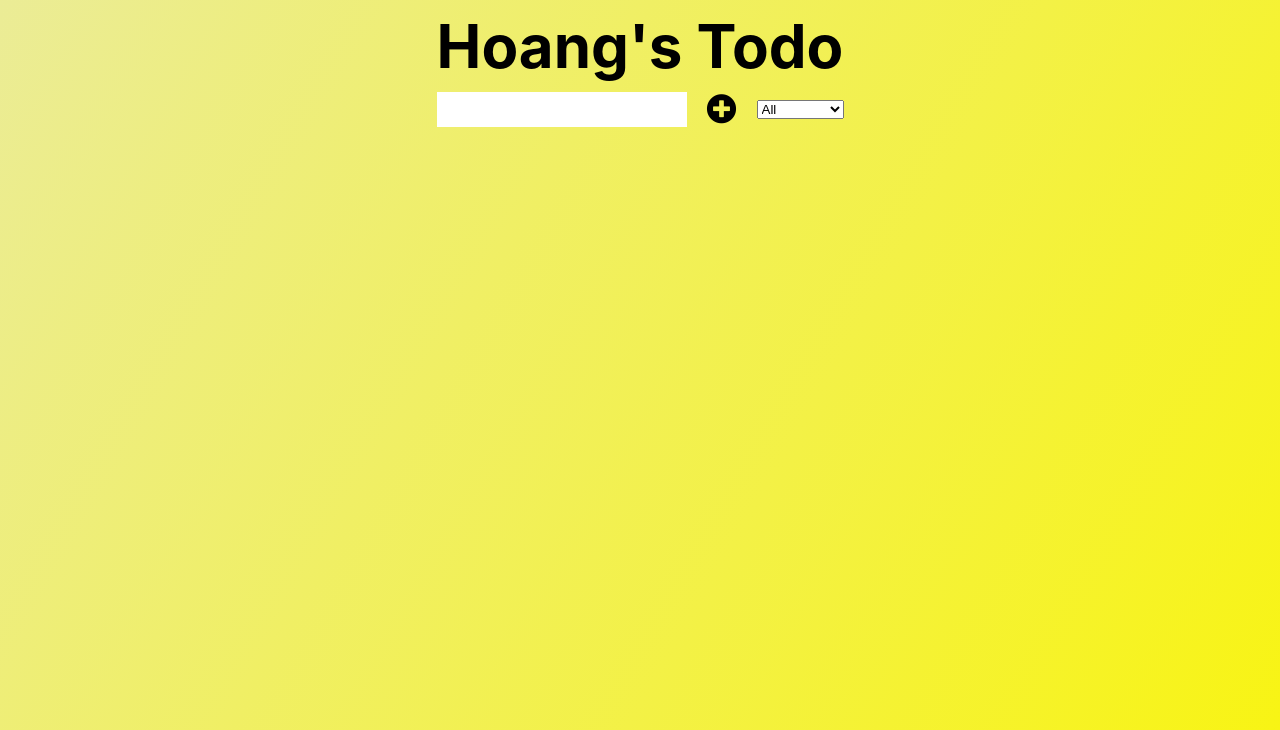
Repository: DinhHoang0607/TodoReact
Page: /
An editor plug-in stored every save of this project. The page is shown before and after a run of saves, followed by the edit.
The browser window is 1280 px wide. The pictures show the whole page.
The pointer rests on the first visible `.form__btn`.
Some web libraries are served in a nearby version. The project was rebuilt for these pictures with package versions that can differ from the ones it lists, and the page was loaded fresh each time.

Above is the page before, as saved 2021-09-09 23:42:49.

### public/index.html
<!DOCTYPE html>
<html lang="en">
  <head>
    <meta charset="utf-8" />
    <link rel="icon" href="%PUBLIC_URL%/favicon.ico" />
    <meta name="viewport" content="width=device-width, initial-scale=1" />
    <meta name="theme-color" content="#000000" />
    <meta
      name="description"
      content="Web site created using create-react-app"
    />
    <link rel="apple-touch-icon" href="%PUBLIC_URL%/logo192.png" />
    <!--
      manifest.json provides metadata used when your web app is installed on a
      user's mobile device or desktop. See https://developers.google.com/web/fundamentals/web-app-manifest/
    -->
    <link rel="stylesheet" href="https://pro.fontawesome.com/releases/v5.10.0/css/all.css" integrity="sha384-AYmEC3Yw5cVb3ZcuHtOA93w35dYTsvhLPVnYs9eStHfGJvOvKxVfELGroGkvsg+p" crossorigin="anonymous"/>
    <link rel="manifest" href="%PUBLIC_URL%/manifest.json" />
    <!--
      Notice the use of %PUBLIC_URL% in the tags above.
      It will be replaced with the URL of the `public` folder during the build.
      Only files inside the `public` folder can be referenced from the HTML.

      Unlike "/favicon.ico" or "favicon.ico", "%PUBLIC_URL%/favicon.ico" will
      work correctly both with client-side routing and a non-root public URL.
      Learn how to configure a non-root public URL by running `npm run build`.
    -->
    <title>React App</title>
  </head>
  <body>
    <noscript>You need to enable JavaScript to run this app.</noscript>
    <div id="root"></div>
    <!--
      This HTML file is a template.
      If you open it directly in the browser, you will see an empty page.

      You can add webfonts, meta tags, or analytics to this file.
      The build step will place the bundled scripts into the <body> tag.

      To begin the development, run `npm start` or `yarn start`.
      To create a production bundle, use `npm run build` or `yarn build`.
    -->
  </body>
</html>

### src/App.js
import "./App.css";
import React from "react";
import Form from "./components/Form";

function App() {
  return (
    <div className="App">
      <header>
        <h1>Hoang's Todo</h1>
      </header>
      <Form />
    </div>
  );
}

export default App;

### src/App.css
*,
*::before,
*::after {
  box-sizing: border-box;
  padding: 0;
  margin: 0;
}
html {
  font-size: 62.5%;
}
body {
  width: 100%;
  height: 100vh;
  background-image: linear-gradient(120deg, #ebec96 0%, #f8f414 100%);
}
header {
  font-size: 3rem;
  margin: 1rem auto;
}
header,
form {
  display: flex;
  justify-content: center;
  align-items: center;
}
.form__input {
  width: 25rem;
  height: 3.5rem;
  border: none;
  background: white;
}
.btn {
  cursor: pointer;
}
.form__btn {
  color: #9a9c01;
  margin: auto 2rem;
  /* width: 3.5rem;
  height: 3.5rem; */
  /* border-radius: 50%; */
  font-size: 3rem;
  border: none;
  transition: all 0.3s ease;
  background: none;
}
.form__btn:hover{
  color:black
}

### src/components/Form.js
import React from "react";
const Form = () => {
  return (
    <form className="form">
      <input type="text" className="form__input" />
      <button className="form__btn btn" type="submit">
        <i class="fas fa-plus-circle"></i>
      </button>
      <div className="form__select">
        <select name="items" className="select__item">
          <option value="all" selected="selected">
            All
          </option>
          <option value="completed">Completed</option>
          <option value="inProcess">InProcess</option>
        </select>
      </div>
    </form>
  );
};

export default Form;

Loaded but not shown: src/index.js (common file); src/index.css (common file); src/reportWebVitals.js (common file); public/manifest.json (common file)

After the next 2 saves:
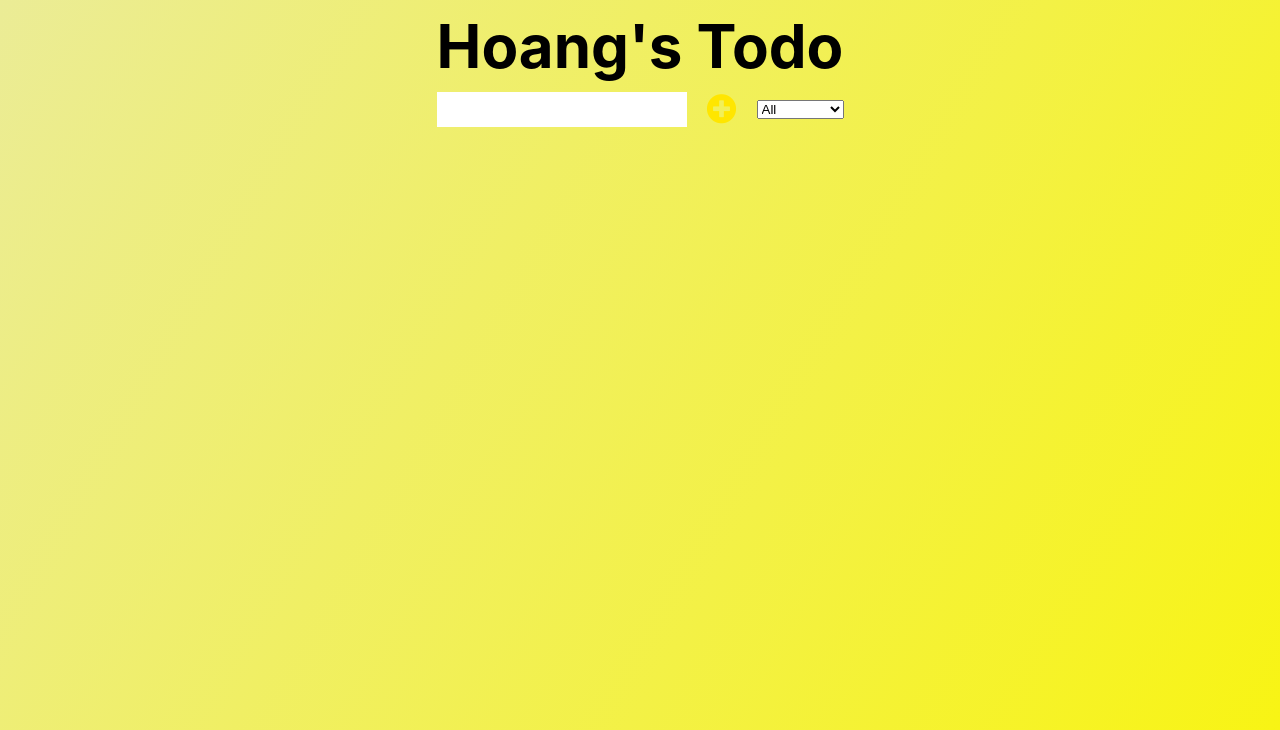
The 2 saves are shown as one change because they came seconds apart.
The last was saved 44 s later.
--- a/src/App.css
+++ b/src/App.css
@@ -44,5 +44,5 @@ form {
   background: none;
 }
 .form__btn:hover{
-  color:black
+  color:rgb(255, 230, 0)
 }
